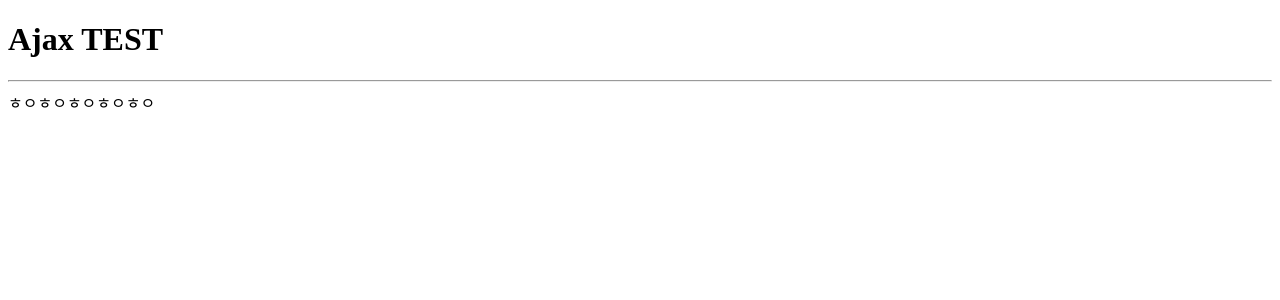
Repository: heonyKim/JSP
Page: http://localhost/blog/test/ajaxtest.jsp
An editor plug-in stored every save of this project. The page is shown before and after the next save, followed by the edit.
The browser window is 1280 px wide. The pictures show the whole page.
The page is served by Tomcat 9. Other server files are loaded and not shown.

Above is the page before, as saved 2019-11-01 02:43:11.

### blog_project/blog/WebContent/test/ajaxtest.jsp
<%@ page language="java" contentType="text/html; charset=UTF-8"
    pageEncoding="UTF-8"%>
<!DOCTYPE html>
<html>
<head>
<meta charset="UTF-8">
<title>Insert title here</title>
</head>
<body>
<h1>Ajax TEST</h1>
<hr>
<div id = "content">
	ㅎㅇㅎㅇㅎㅇㅎㅇㅎㅇ
</div>


</body>
</html>

After the next save:
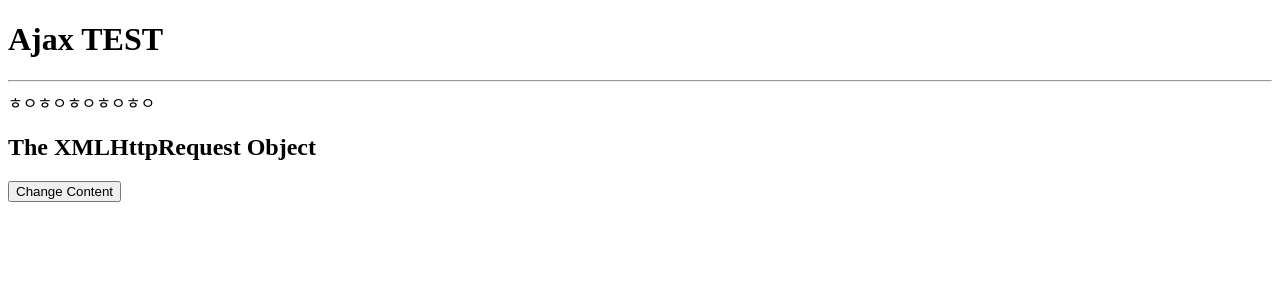
Saved 6 min 38 s later.
--- a/blog_project/blog/WebContent/test/ajaxtest.jsp
+++ b/blog_project/blog/WebContent/test/ajaxtest.jsp
@@ -1,5 +1,4 @@
-<%@ page language="java" contentType="text/html; charset=UTF-8"
-    pageEncoding="UTF-8"%>
+<%@ page language="java" contentType="text/html; charset=UTF-8" pageEncoding="UTF-8"%>
 <!DOCTYPE html>
 <html>
 <head>
@@ -7,11 +6,27 @@
 <title>Insert title here</title>
 </head>
 <body>
-<h1>Ajax TEST</h1>
-<hr>
-<div id = "content">
-	ㅎㅇㅎㅇㅎㅇㅎㅇㅎㅇ
-</div>
+	<h1>Ajax TEST</h1>
+	<hr>
+	<div id="content">ㅎㅇㅎㅇㅎㅇㅎㅇㅎㅇ</div>
+
+	<div id="demo">
+		<h2>The XMLHttpRequest Object</h2>
+		<button type="button" onclick="loadDoc()">Change Content</button>
+	</div>
+
+	<script>
+		function loadDoc() {
+			var xhttp = new XMLHttpRequest();
+			xhttp.onreadystatechange = function() {
+				if (this.readyState == 4 && this.status == 200) {
+					document.getElementById("demo").innerHTML = this.responseText;
+				}
+			};
+			xhttp.open("GET", "ajax_info.txt", true);
+			xhttp.send();
+		}
+	</script>
 
 
 </body>
